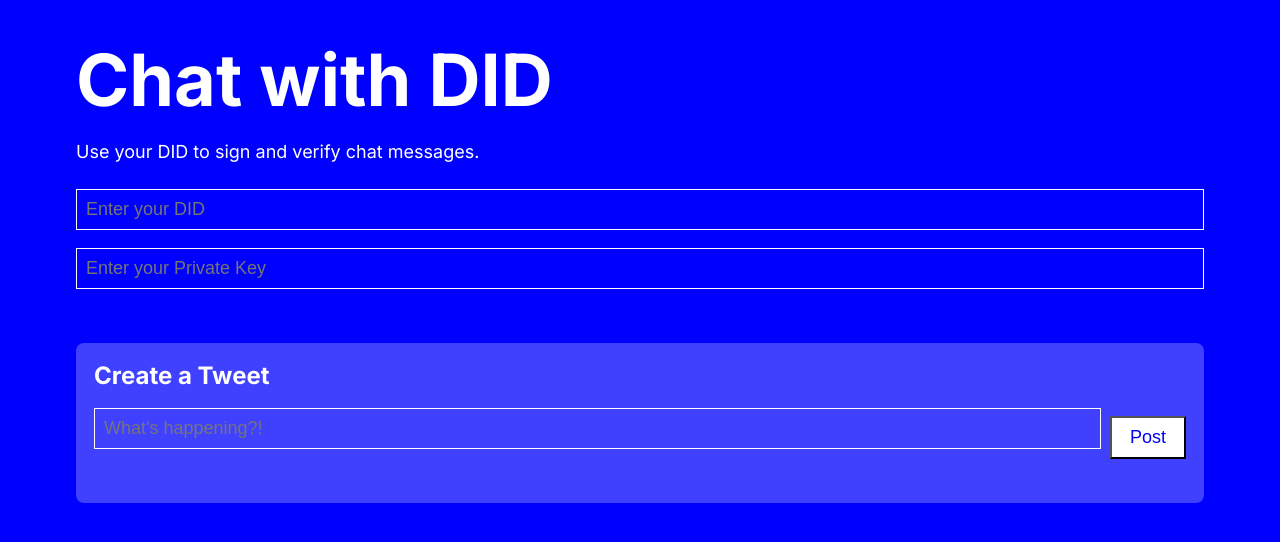
Repository: a7351220/ethr_did_demo
Page: /did/chat
These files come from the project's save history. The page is drawn as it stood at one moment and after the next save; the edit follows.
The browser window is 1280 px wide. The pictures show the whole page.
The page's requests for data from a server got no answer. The project was rebuilt for these pictures with package versions that can differ from the ones it lists, and the page was loaded fresh each time. The framework's server and built-in components were replaced by stand-ins that run in the browser. No one was signed in, and anything a server would have sent is missing. Also part of the build but not shown: next.config.mjs.

Above is the page before, as saved 2024-07-09 17:31:24.

After the next save:
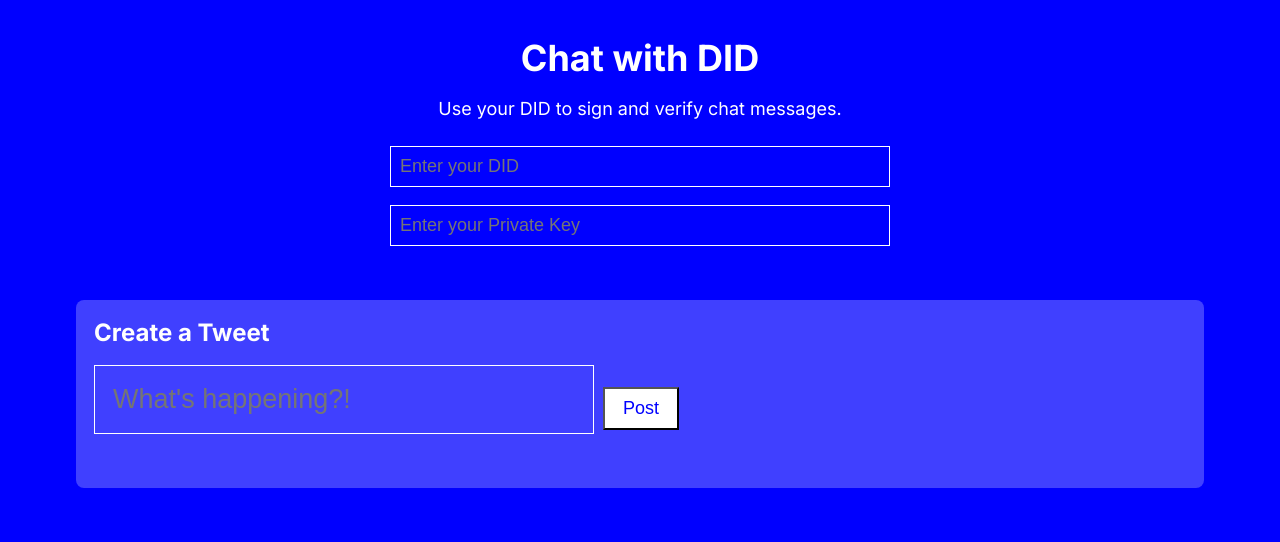
Saved 51 s later.
--- a/src/app/globals.css
+++ b/src/app/globals.css
@@ -32,24 +32,16 @@ a {
   padding: 2rem;
 }
 
-.hero {
+.title {
+  font-size: 2rem;
+  margin-bottom: 1rem;
   text-align: center;
-  margin-bottom: 4rem;
-}
-
-.title {
-  font-size: 4rem;
-  margin-bottom: 1rem;
-}
-
-.subtitle {
-  font-size: 2.5rem;
-  margin-bottom: 0.5rem;
 }
 
 .description {
   font-size: 1rem;
   margin-bottom: 1.5rem;
+  text-align: center;
 }
 
 .cta-buttons {
@@ -75,6 +67,11 @@ a {
   background-color: transparent;
   border: 2px solid var(--text-color);
   color: var(--text-color);
+}
+
+.cta-button.small {
+  padding: 0.25rem 0.75rem;
+  font-size: 0.8rem;
 }
 
 .features {
@@ -100,6 +97,7 @@ a {
   display: flex;
   flex-direction: column;
   margin-bottom: 1rem;
+  align-items: center;
 }
 
 .input {
@@ -110,6 +108,13 @@ a {
   background-color: transparent;
   color: var(--text-color);
   margin-bottom: 1rem;
+  width: 100%;
+  max-width: 500px;
+}
+
+.input.large {
+  font-size: 1.5rem;
+  padding: 1rem;
 }
 
 .result {
@@ -166,18 +171,22 @@ a {
 
 .chat-message {
   background-color: rgba(255, 255, 255, 0.1);
-  padding: 0.5rem;
+  padding: 1rem;
   border-radius: 4px;
   margin-bottom: 0.5rem;
   word-break: break-word;
+  display: flex;
+  flex-direction: column;
 }
 
 .chat-message button {
+  align-self: flex-end;
   background: none;
   border: none;
   color: var(--text-color);
   cursor: pointer;
   font-size: 0.9rem;
+  margin-top: 0.5rem;
 }
 
 .details {
